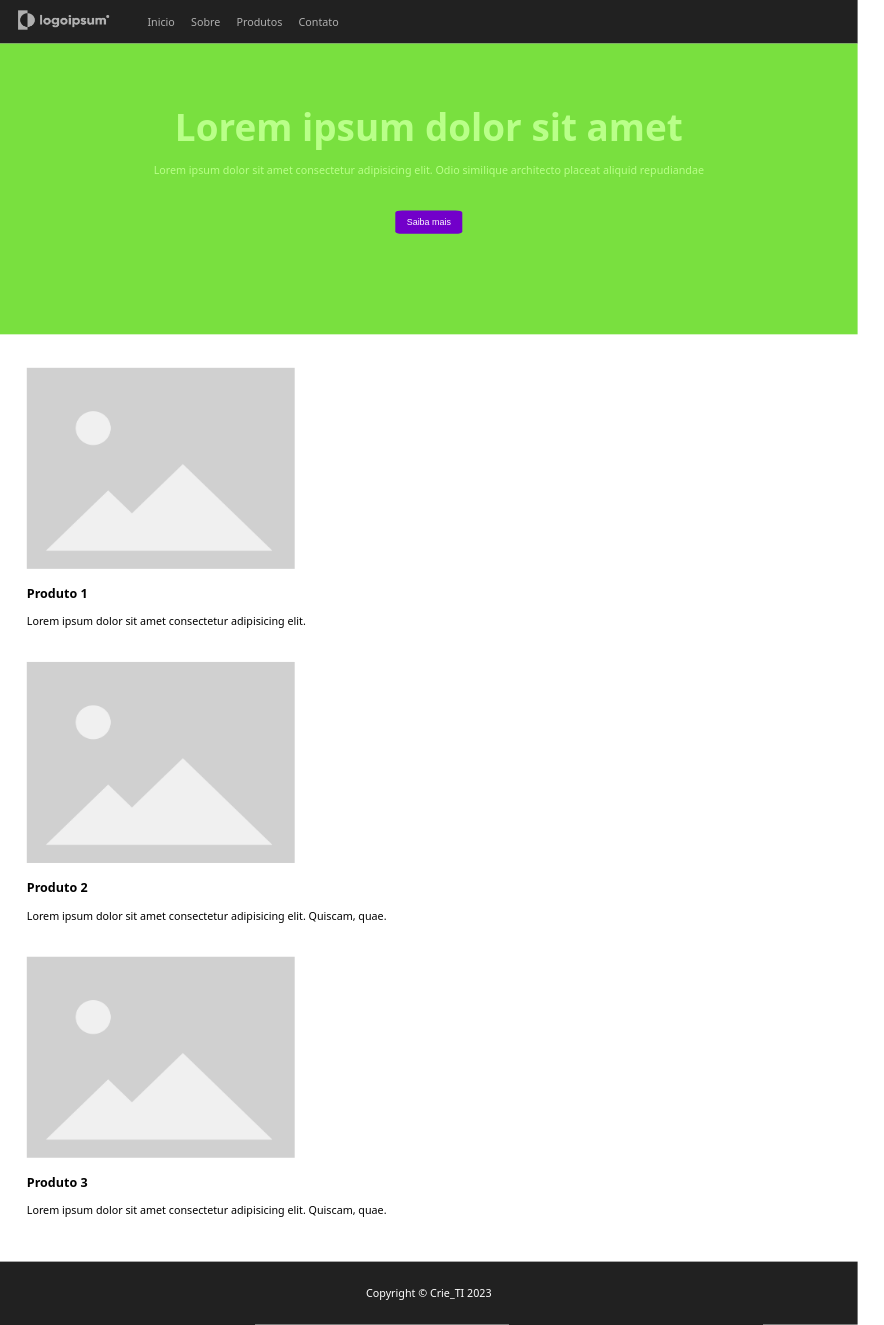
Repository: Carolden/SiteCrie_Ti
Page: index.html
The author's editor kept a copy of each file at every save. The page is drawn from the files as they stood at one save, then again after the next save.
The browser window is 1280 px wide. The page is 1320 px wide, so the pictures cover 1320 px, including what lies to the right of the window. The pictures show the whole page, at 67% of full size.

Above is the page before, as saved 2023-04-23 21:41:12.

### index.html
<!DOCTYPE html>
<html lang="pt-BR">
<head>
    <meta charset="UTF-8">
    <meta http-equiv="X-UA-Compatible" content="IE=edge">
    <meta name="viewport" content="width=device-width, initial-scale=1.0">
    <title>Document</title>
    <link rel="stylesheet" type="text/css" href="index.css" media="screen" />
</head>
<body>

    <header>
        <div>
            <img src="images/logo.png" alt="logo" class="logo">
        </div>
        <nav>
            <a href="inicio">Inicio</a>
            <a href="sobre">Sobre</a>
            <a href="produtos">Produtos</a>
            <a href="contato">Contato</a>
        </nav>
    </header>

    <main>

    <section class="banner">
        <h1>Lorem ipsum dolor sit amet</h1>
        <p>Lorem ipsum dolor sit amet consectetur adipisicing elit. Odio similique architecto placeat aliquid repudiandae</p>
        <button>Saiba mais</button>
    </section>

    <section class="produtos">
        <div class="row">
            <div class="column">
                <img src="images/placeholder.png" alt="imagem1">
                <h3>Produto 1</h3>
                <p>Lorem ipsum dolor sit amet consectetur adipisicing elit. </p>
            </div>

            <div class="column">
                <img src="images/placeholder.png" alt="imagem2">
                <h3>Produto 2</h3>
                <p>Lorem ipsum dolor sit amet consectetur adipisicing elit. Quiscam, quae.</p>
            </div>

            <div class="column">
                <img src="images/placeholder.png" alt="imagem3">
                <h3>Produto 3</h3>
                <p>Lorem ipsum dolor sit amet consectetur adipisicing elit. Quiscam, quae.</p>
            </div>
        </div>
    </section>

    <footer>
        <div>
            <p> Copyright © Crie_TI 2023</p>
        </div>
    </footer>



    </main>





</body>
</html>

### index.css
body {
    border: 0;
    margin: 0;
    padding: 0;
    font-family: system-ui, -apple-system, BlinkMacSystemFont, 'Segoe UI', Roboto, Oxygen, Ubuntu, Cantarell, 'Open Sans', 'Helvetica Neue', sans-serif;
}


header {
    background-color: #212121;
    display: flex;
    align-items: center;
    width: 100%;
    top: 0;
    padding-left: 20px;
    padding-right: 20px;
    box-sizing: border-box;
}

header nav a {
    color: #B0B0B0;
    text-decoration: none;
    padding: 10px;

}

.logo {
    width: 150px;
    height: 60px;
    padding-right: 40px;
}

.banner {
    background-color: rgb(121, 224, 63);
    color: rgb(185, 255, 137);
    text-align: center;
    padding-top: 40px;
    padding-bottom: 150px;


}

button {
    background-color: rgb(114, 0, 202);
    color: #ffffff;
    text-align: center;
    padding: 10px;
    padding-left: 17px;
    padding-right: 17px;
    border-radius: 10%;
    border-style: hidden    ;
}

.banner h1 {
    font-size: 55px;
    margin-bottom: -30px;
}

.banner p {
    padding-bottom: 50px;
    padding-top: 30px;
    margin-bottom: 0px;
}

.produtos {
    display: flex;
    padding-bottom: 50px;


}


.row {
    /* display: flex; */
    width: 100%;
}


.column {
    width: 100%;
    margin-left: 40px;
    margin-top: 50px;

}


.column img {
    width: 400px;
    height: 300px;
    /* object-fit: cover;   */
}

footer {
    background-color: #212121;
    color: white;
    padding: 20px;
    text-align: center;
}

After the next save:
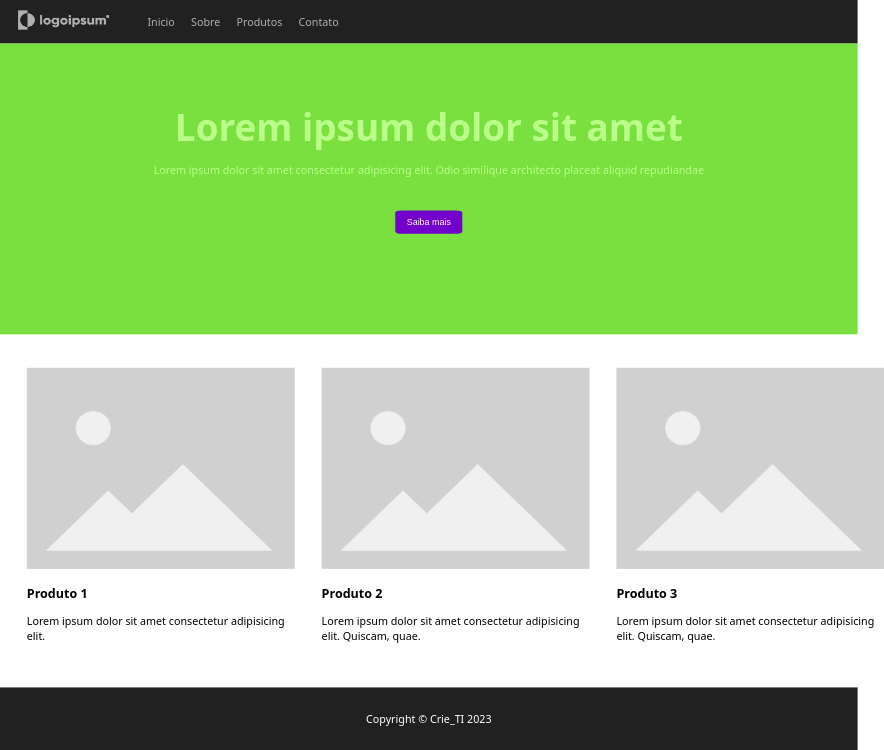
Saved 12 s later.
--- a/index.css
+++ b/index.css
@@ -71,7 +71,7 @@ button {
 
 
 .row {
-    /* display: flex; */
+    display: flex;
     width: 100%;
 }
 
